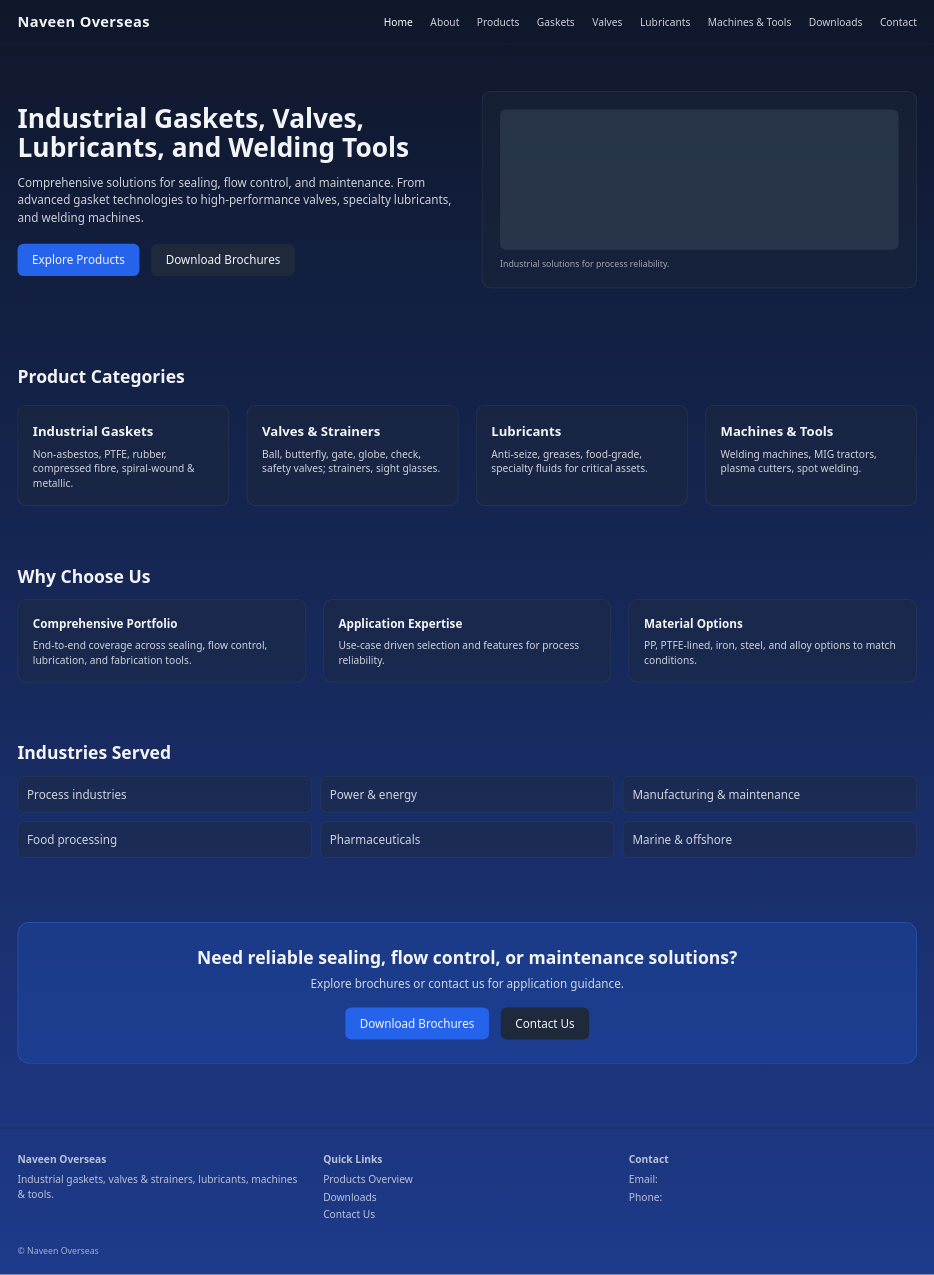
Repository: krish634-ai/overs
Page: /
These files come from the project's save history. The page is drawn as it stood at one moment and after the next save; the edit follows.
The browser window is 1280 px wide. The pictures show the whole page, at 73% of full size.
The project was rebuilt for these pictures with package versions that can differ from the ones it lists, and the page was loaded fresh each time. Also part of the build but not shown: vite.config.js, src/pages/About.jsx, src/pages/Products.jsx, src/pages/Gaskets.jsx, src/pages/Valves.jsx, src/pages/Lubricants.jsx, src/pages/MachinesTools.jsx, src/pages/Contact.jsx and 1 more.

Above is the page before, as saved 2025-11-19 14:15:30.

After the next save:
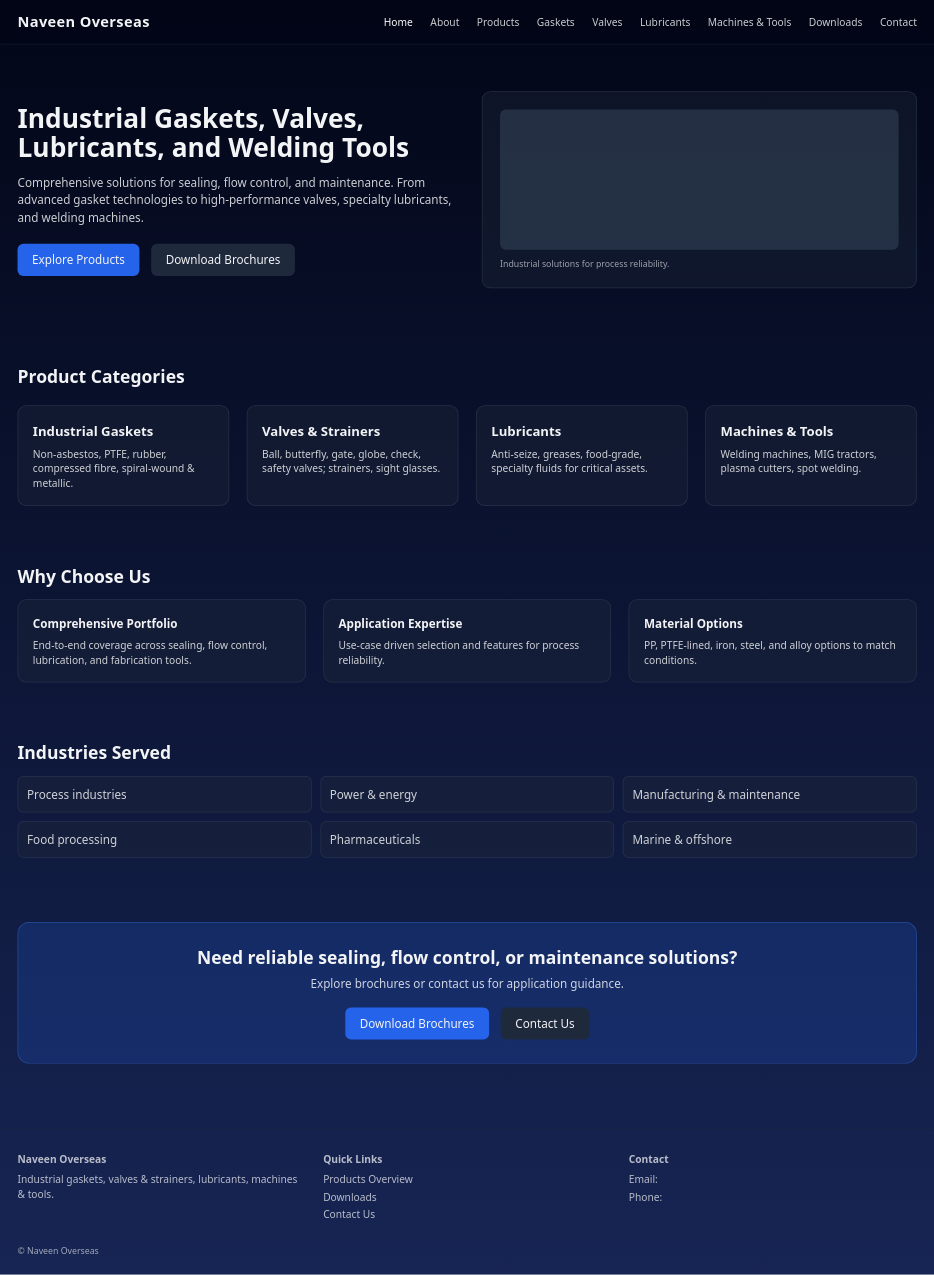
Saved 2 s later.
--- a/src/components/Layout.jsx
+++ b/src/components/Layout.jsx
@@ -3,11 +3,11 @@ import Footer from './Footer.jsx'
 
 export default function Layout({ children }) {
   return (
-    <div className="min-h-screen bg-gradient-to-b from-slate-900 to-blue-900 text-gray-100">
-      <header className="border-b border-slate-800/60">
+    <div className="min-h-screen flex flex-col bg-gradient-to-b from-slate-950 to-blue-950 text-gray-100">
+      <header className="sticky top-0 z-40 border-b border-slate-800/60 bg-slate-950/60 backdrop-blur">
         <Nav />
       </header>
-      <main>{children}</main>
+      <main className="flex-1">{children}</main>
       <Footer />
     </div>
   )
